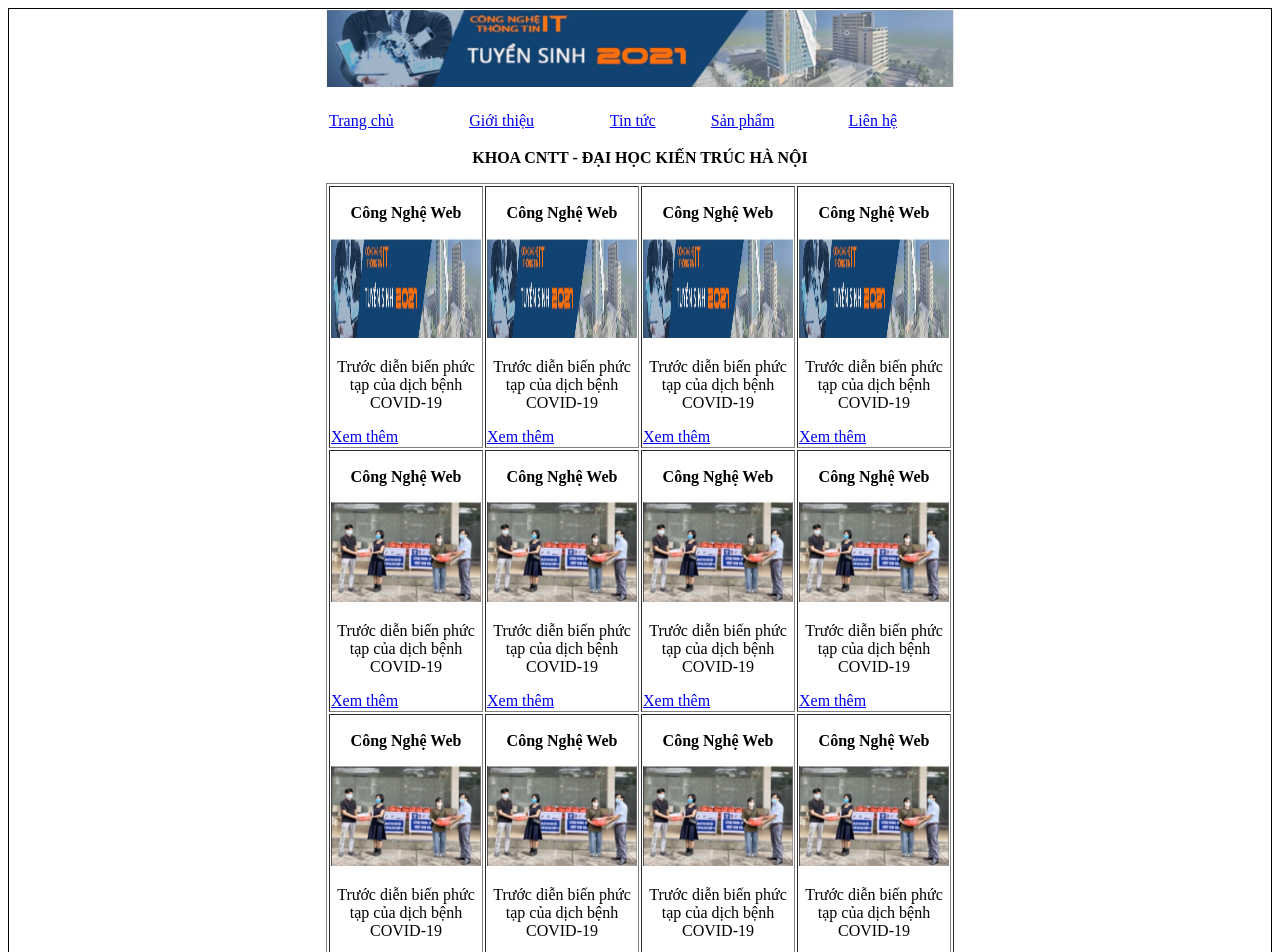
Repository: longtn213/Frond_end_HTML-CSS
Page: Front-End/Demohtml/baitapbuoi2.html
An editor plug-in stored every save of this project. The page is shown before and after the next save, followed by the edit.
The browser window is 1280 px wide. The pictures show the part of the page from y = 0 to 952 px (the page is 1316 px tall).
A picture or video elsewhere on the page could not be fetched, so the positions and the page height are approximate.

Above is the page before, as saved 2021-09-09 14:39:31.

### Front-End/Demohtml/baitapbuoi2.html
<!DOCTYPE html>
<html>
<head>
	<meta charset="utf-8">
	<title>Bai tap</title>
	<style type="text/css">
		bdy{
			width: 30%;
			margin: 0 auto;
		}
	</style>
</head>
<body style="border: 1px solid #000;">
	<center>
		<img class="anhtop" width="628px" src="./img/slider.png"">
	</center>
		<br>
        <center>
            <table width="628px">
                <tr>
                    <td>
                        <a href="#">Trang chủ</a>
                    </td>
                    <td>
                        <a href="#">Giới thiệu</a>
                    </td>
                    <td>
                        <a href="#">Tin tức</a>
                    </td>
                    <td>
                        <a href="#">Sản phẩm</a>
                    </td>
                    <td>
                        <a href="#">Liên hệ</a>
                    </td>
                </tr>
            </table>
        </center>



	<center>
		<p>
			<b>
				KHOA CNTT - ĐẠI HỌC KIẾN TRÚC HÀ NỘI
			</b>
		</p>
		<table width="100px" border="1">
			<tr>
				<td>
					<center>
						<p>
							<b>Công Nghệ Web</b>
						</p>
						<img src="/img/slider.png" width="150px" height="100px"><br>
						<p>
							Trước diễn biến phức tạp của dịch bệnh COVID-19
						</p>
					</center>
					<a href="#">Xem thêm</a>
				</td>
				<td>
					<center>
						<p>
							<b>Công Nghệ Web</b>
						</p>
						<img src="/img/slider.png" width="150px" height="100px"><br>
						<p>
							Trước diễn biến phức tạp của dịch bệnh COVID-19
						</p>
					</center>
					<a href="#">Xem thêm</a>
				</td>
				<td>
					<center>
						<p>
							<b>Công Nghệ Web</b>
						</p>
						<img src="/img/slider.png" width="150px" height="100px"><br>
						<p>
							Trước diễn biến phức tạp của dịch bệnh COVID-19
						</p>
					</center>
					<a href="#">Xem thêm</a>
				</td>
				<td>
					<center>
						<p>
							<b>Công Nghệ Web</b>
						</p>
						<img src="/img/slider.png" width="150px" height="100px"><br>
						<p>
							Trước diễn biến phức tạp của dịch bệnh COVID-19
						</p>
					</center>
					<a href="#">Xem thêm</a>
				</td>
			</tr>
			<tr>
				<td>
					<center>
						<p>
							<b>Công Nghệ Web</b>
						</p>
						<img src="/img/img1.png" width="150px" height="100px"><br>
						<p>
							Trước diễn biến phức tạp của dịch bệnh COVID-19
						</p>
					</center>
					<a href="#">Xem thêm</a>
				</td>
				<td>
					<center>
						<p>
							<b>Công Nghệ Web</b>
						</p>
						<img src="/img/img1.png" width="150px" height="100px"><br>
						<p>
							Trước diễn biến phức tạp của dịch bệnh COVID-19
						</p>
					</center>
					<a href="#">Xem thêm</a>
				</td>
				<td>
					<center>
						<p>
							<b>Công Nghệ Web</b>
						</p>
						<img src="/img/img1.png" width="150px" height="100px"><br>
						<p>
							Trước diễn biến phức tạp của dịch bệnh COVID-19
						</p>
					</center>
					<a href="#">Xem thêm</a>
				</td>
				<td>
					<center>
						<p>
							<b>Công Nghệ Web</b>
						</p>
						<img src="/img/img1.png" width="150px" height="100px"><br>
						<p>
							Trước diễn biến phức tạp của dịch bệnh COVID-19
						</p>
					</center>
					<a href="#">Xem thêm</a>
				</td>
			</tr>
			<tr>
				<td>
					<center>
						<p>
							<b>Công Nghệ Web</b>
						</p>
						<img src="/img/img1.png" width="150px" height="100px"><br>
						<p>
							Trước diễn biến phức tạp của dịch bệnh COVID-19
						</p>
					</center>
					<a href="#">Xem thêm</a>
				</td>
				<td>
					<center>
						<p>
							<b>Công Nghệ Web</b>
						</p>
						<img src="/img/img1.png" width="150px" height="100px"><br>
						<p>
							Trước diễn biến phức tạp của dịch bệnh COVID-19
						</p>
					</center>
					<a href="#">Xem thêm</a>
				</td>
				<td>
					<center>
						<p>
							<b>Công Nghệ Web</b>
						</p>
						<img src="/img/img1.png" width="150px" height="100px"><br>
						<p>
							Trước diễn biến phức tạp của dịch bệnh COVID-19
						</p>
					</center>
					<a href="#">Xem thêm</a>
				</td>
				<td>
					<center>
						<p>
							<b>Công Nghệ Web</b>
						</p>
						<img src="/img/img1.png" width="150px" height="100px"><br>
						<p>
							Trước diễn biến phức tạp của dịch bệnh COVID-19
						</p>
					</center>
					<a href="#">Xem thêm</a>
				</td>
			</tr>
		</table>
		<br>
		<table width="628px">
			<tr>
				<td colspan="3">
					<img src="logo.png">
				</td>
				<td colspan="2">
					<b>Trường Đại Học Kiến Trúc Hà Nội</b>
					<ul>
						<li>
							<a href="#">Phone: 024.3854 1616</a>
						</li>
						<li>
							<a href="#">Km 10, Đường Nguyễn Trãi, Quận Thanh Xuân</a>
						</li>
						<li>
							<a href="#">Email:demo@gmail.com</a>
						</li>
					</ul>
				</td>
			</tr>
		</table>
	</center>





</body>
</html>

After the next save:
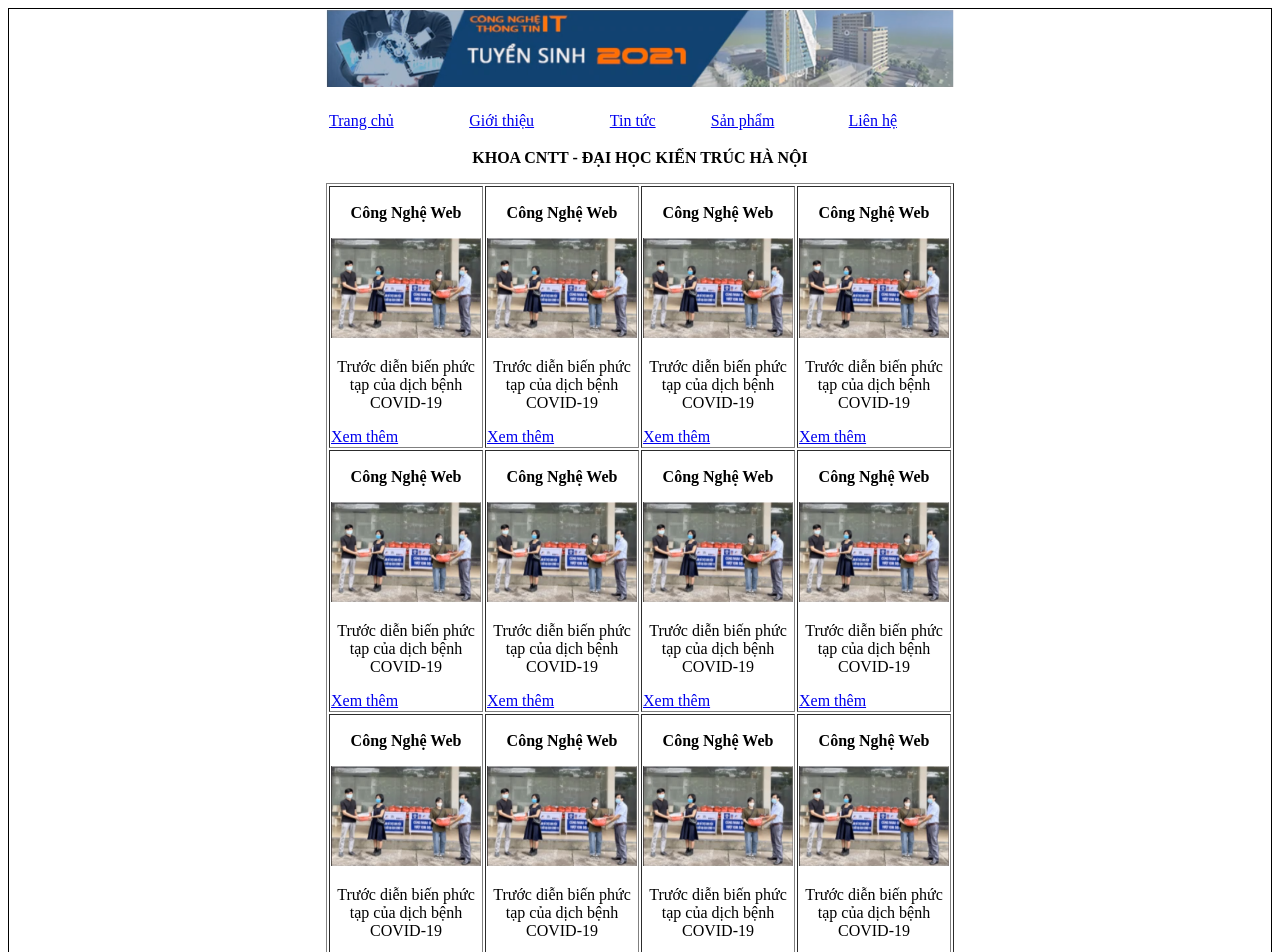
Saved 16 s later.
--- a/Front-End/Demohtml/baitapbuoi2.html
+++ b/Front-End/Demohtml/baitapbuoi2.html
@@ -52,43 +52,43 @@
 						<p>
 							<b>Công Nghệ Web</b>
 						</p>
-						<img src="/img/slider.png" width="150px" height="100px"><br>
-						<p>
-							Trước diễn biến phức tạp của dịch bệnh COVID-19
-						</p>
-					</center>
-					<a href="#">Xem thêm</a>
-				</td>
-				<td>
-					<center>
-						<p>
-							<b>Công Nghệ Web</b>
-						</p>
-						<img src="/img/slider.png" width="150px" height="100px"><br>
-						<p>
-							Trước diễn biến phức tạp của dịch bệnh COVID-19
-						</p>
-					</center>
-					<a href="#">Xem thêm</a>
-				</td>
-				<td>
-					<center>
-						<p>
-							<b>Công Nghệ Web</b>
-						</p>
-						<img src="/img/slider.png" width="150px" height="100px"><br>
-						<p>
-							Trước diễn biến phức tạp của dịch bệnh COVID-19
-						</p>
-					</center>
-					<a href="#">Xem thêm</a>
-				</td>
-				<td>
-					<center>
-						<p>
-							<b>Công Nghệ Web</b>
-						</p>
-						<img src="/img/slider.png" width="150px" height="100px"><br>
+						<img src="/img/img1.png" width="150px" height="100px"><br>
+						<p>
+							Trước diễn biến phức tạp của dịch bệnh COVID-19
+						</p>
+					</center>
+					<a href="#">Xem thêm</a>
+				</td>
+				<td>
+					<center>
+						<p>
+							<b>Công Nghệ Web</b>
+						</p>
+						<img src="/img/img1.png" width="150px" height="100px"><br>
+						<p>
+							Trước diễn biến phức tạp của dịch bệnh COVID-19
+						</p>
+					</center>
+					<a href="#">Xem thêm</a>
+				</td>
+				<td>
+					<center>
+						<p>
+							<b>Công Nghệ Web</b>
+						</p>
+						<img src="/img/img1.png" width="150px" height="100px"><br>
+						<p>
+							Trước diễn biến phức tạp của dịch bệnh COVID-19
+						</p>
+					</center>
+					<a href="#">Xem thêm</a>
+				</td>
+				<td>
+					<center>
+						<p>
+							<b>Công Nghệ Web</b>
+						</p>
+						<img src="/img/img1.png" width="150px" height="100px"><br>
 						<p>
 							Trước diễn biến phức tạp của dịch bệnh COVID-19
 						</p>
